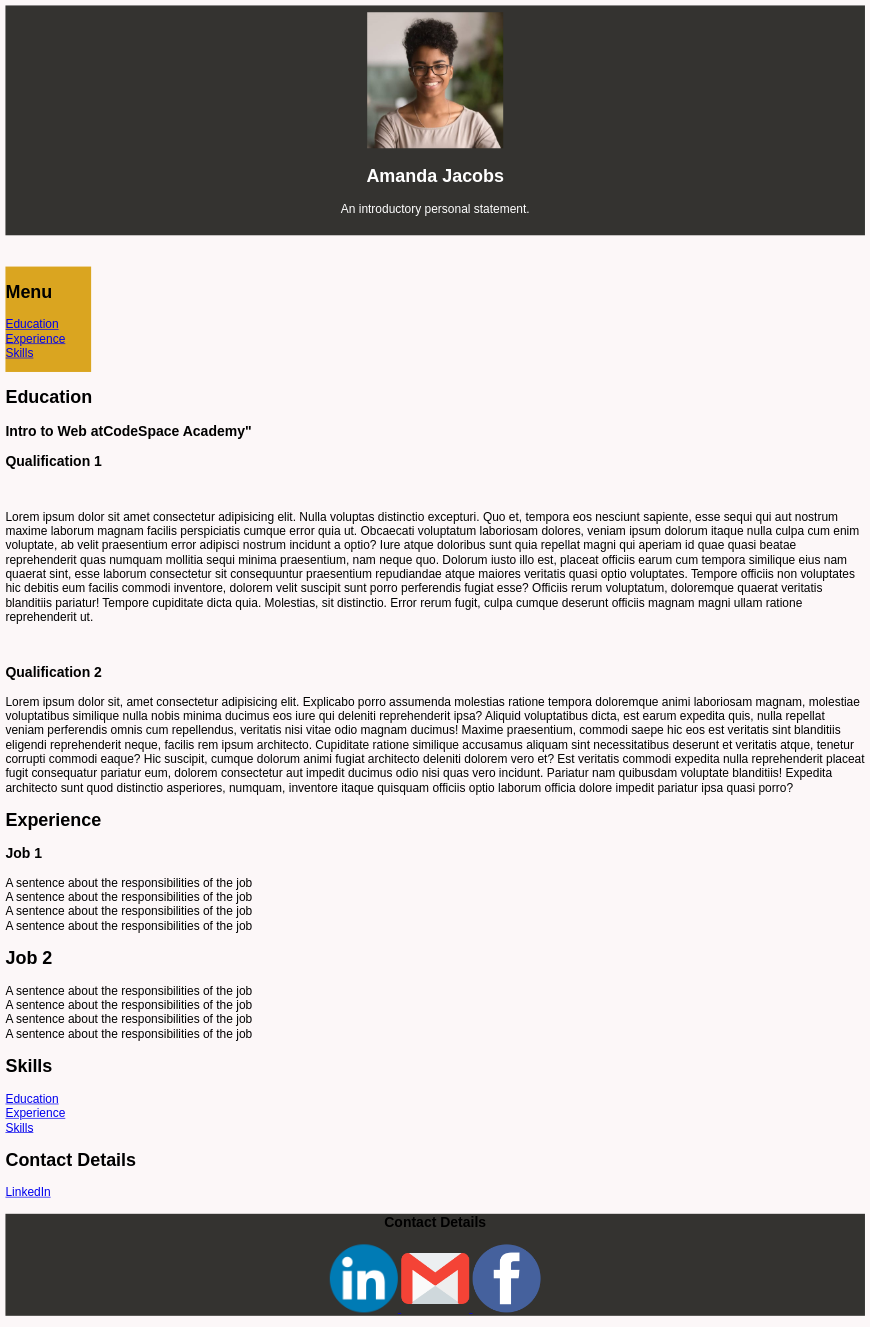
Repository: LeonardMhere/Resume-3
Page: resume `3/index.html
These files come from the project's save history. The page is drawn as it stood at one moment and after the next save; the edit follows.
The browser window is 1280 px wide. The pictures show the whole page, at 68% of full size.

Above is the page before, as saved 2023-03-23 10:01:28.

### resume `3/index.html
<!DOCTYPE html>
<html lang="en">
    <meta charset="UTF-8">
    <meta http-equiv="X-UA-Compatible" content="IE=edge">
    <meta name="viewport" content="width=device-width, initial-scale=1.0">
    <link rel="stylesheet" href="css/stylesheet.css">

<head>
    <title>Amanda Jacobs</title>
</head>

<body>


  <header id="heading">
 <aside>
   <img id="profilePhoto" src="./images/profilePhoto.jpeg" width="200px"
   alt="Error Thumbnail">

  <h1>Amanda Jacobs</h1>
  <p>An introductory personal statement.</p>

    </header>

    <br/>
<main>
  <section>
   <article>
     <div class="nav-menu">
      <nav>
        <h2>Menu</h2>

  <ul>
      <li><a href="education">Education</a></li>
      <li><a href="experience">Experience</a></li>
      <li><a href="skills">Skills</a></li>
      </div>
  </ul>
</nav>
</aside>



<div class="box-1">
  <h2 id="education">Education</h2>
  <h3>Intro to Web at<a href="http://codespace.co.za/"></a>CodeSpace Academy"</a></h3>



  <h3>Qualification 1</h3>
  <br/>
     <p>Lorem ipsum dolor sit amet consectetur adipisicing elit. Nulla voluptas distinctio excepturi.
       Quo et, tempora eos nesciunt sapiente, esse sequi qui aut nostrum maxime laborum magnam facilis perspiciatis cumque error quia ut. Obcaecati voluptatum laboriosam dolores, veniam ipsum dolorum itaque nulla culpa cum enim voluptate,
       ab velit praesentium error adipisci nostrum incidunt a optio? Iure atque doloribus sunt quia repellat magni qui aperiam id quae quasi beatae reprehenderit quas numquam mollitia sequi minima praesentium, nam neque quo. Dolorum iusto illo est, placeat officiis earum cum tempora similique eius nam quaerat sint, esse laborum consectetur sit consequuntur praesentium repudiandae atque maiores veritatis quasi optio voluptates. Tempore officiis non voluptates hic debitis eum facilis commodi inventore, dolorem velit suscipit sunt porro perferendis fugiat esse? Officiis rerum voluptatum, doloremque quaerat veritatis blanditiis pariatur! Tempore cupiditate dicta quia. Molestias, sit distinctio. Error rerum fugit, culpa cumque deserunt officiis magnam magni ullam ratione reprehenderit ut.
      </p>
    </div>
      <br/>

  <div class="box-2">
   <h3>Qualification 2</h3>

      <p>
        Lorem ipsum dolor sit, amet consectetur adipisicing elit. Explicabo porro assumenda molestias ratione tempora doloremque animi laboriosam magnam, molestiae voluptatibus similique nulla nobis minima ducimus eos iure qui deleniti reprehenderit ipsa? Aliquid voluptatibus dicta, est earum expedita quis, nulla repellat veniam perferendis omnis cum repellendus, veritatis nisi vitae odio magnam ducimus! Maxime praesentium, commodi saepe hic eos est veritatis sint blanditiis eligendi reprehenderit neque, facilis rem ipsum architecto. Cupiditate ratione similique accusamus aliquam sint necessitatibus deserunt et veritatis atque, tenetur corrupti commodi eaque? Hic suscipit, cumque dolorum animi fugiat architecto deleniti dolorem vero et? Est veritatis commodi expedita nulla reprehenderit placeat fugit consequatur pariatur eum, dolorem consectetur aut impedit ducimus odio nisi quas vero incidunt. Pariatur nam quibusdam voluptate blanditiis! Expedita architecto sunt quod distinctio asperiores, numquam, inventore itaque quisquam officiis optio laborum officia dolore impedit pariatur ipsa quasi porro?
      </p>
    </div>


    <h2 id="experience">Experience</h2>

    <h3>Job 1</h3>
    <p>
        <ul>
            <li>A sentence about the responsibilities of the job</li>
            <li>A sentence about the responsibilities of the job</li>
            <li>A sentence about the responsibilities of the job</li>
            <li>A sentence about the responsibilities of the job</li>
        </ul>
    </p>



    <h2>Job 2</h2>

     <p>
        <ul>
            <li>A sentence about the responsibilities of the job</li>
            <li>A sentence about the responsibilities of the job</li>
            <li>A sentence about the responsibilities of the job</li>
            <li>A sentence about the responsibilities of the job</li>
        </ul>
     </p>



      <h2 id="skills">Skills</h2>

<ul>
  <li><a href="#education">Education</a></li>
  <li><a href="#experience">Experience</a></li>
  <li><a href="#Skills">Skills</a></li>
</ul>
</p>

<h2>Contact Details</h2>
<p><a href="http://linkedin.com">LinkedIn</a>

    </section>
  </article>
</main>








<footer>
    <h3>Contact Details</h3>
    <ul>
       <a href="http://linkedin.com" target="_blank">
           <img class="icons" src="images/linkedinIcon.png"
           alt="Amanda Jacobs Linkedin"
           width="100px">

       </a>

       <a href="//http://gmail.com" target="_blank">
        <img class="icons" src="images/gmailIcon.png"
        alt="Amanda Jacobs Gmail"
        width="100px">
       </a>

       <a href="//http://facebook.com" target="_blank">
        <img class="icons" src="images/facebookIcon.png"
        alt="Amanda Jacobs facebook Account"
        width="100px">
       </a>
</ul>
</footer>











</body>
</html>

### resume `3/css/stylesheet.css
*{
  box-sizing: border-box;
  padding: 0;

}

body{
  font-family: sans-serif;
  font-size:110%;
  background-color: #FCF7F8;
}

header {
  text-align: center;
  background-color: #343330;
  color: white;
  padding: 10px 0 10px ;
}



.nav-menu{
    background-color:goldenrod;
    margin-top: 25px;
    width: 10%;
    overflow: auto;
    background-color:
}

ul {
  list-style: none;
  margin-left: 0%;
}





footer {
  background-color: #343330;
  text-align: center;
}

After the next save:
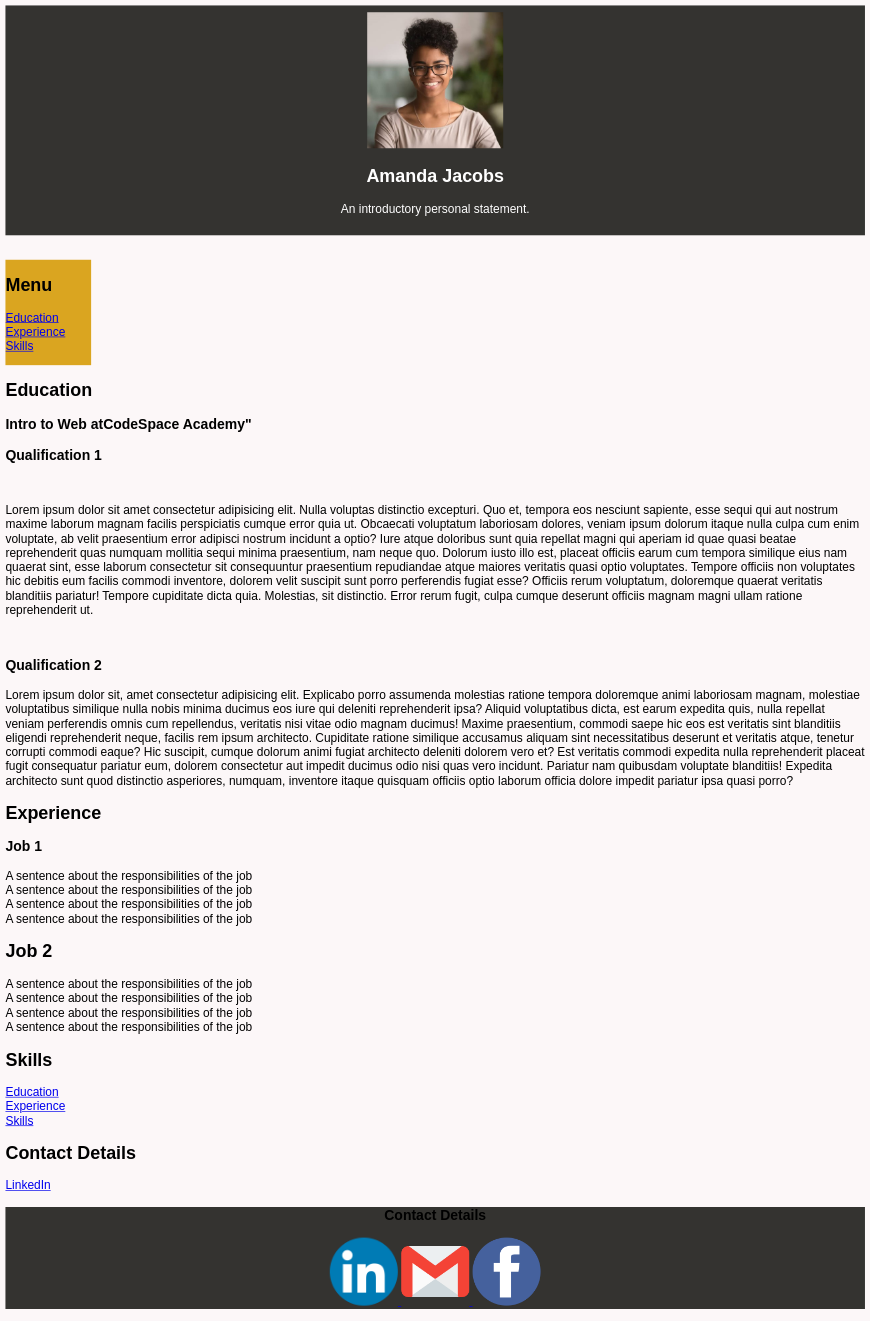
Saved 18 s later.
--- a/resume `3/css/stylesheet.css
+++ b/resume `3/css/stylesheet.css
@@ -21,7 +21,7 @@ header {
 
 .nav-menu{
     background-color:goldenrod;
-    margin-top: 25px;
+    margin-top: 15px;
     width: 10%;
     overflow: auto;
     background-color:
